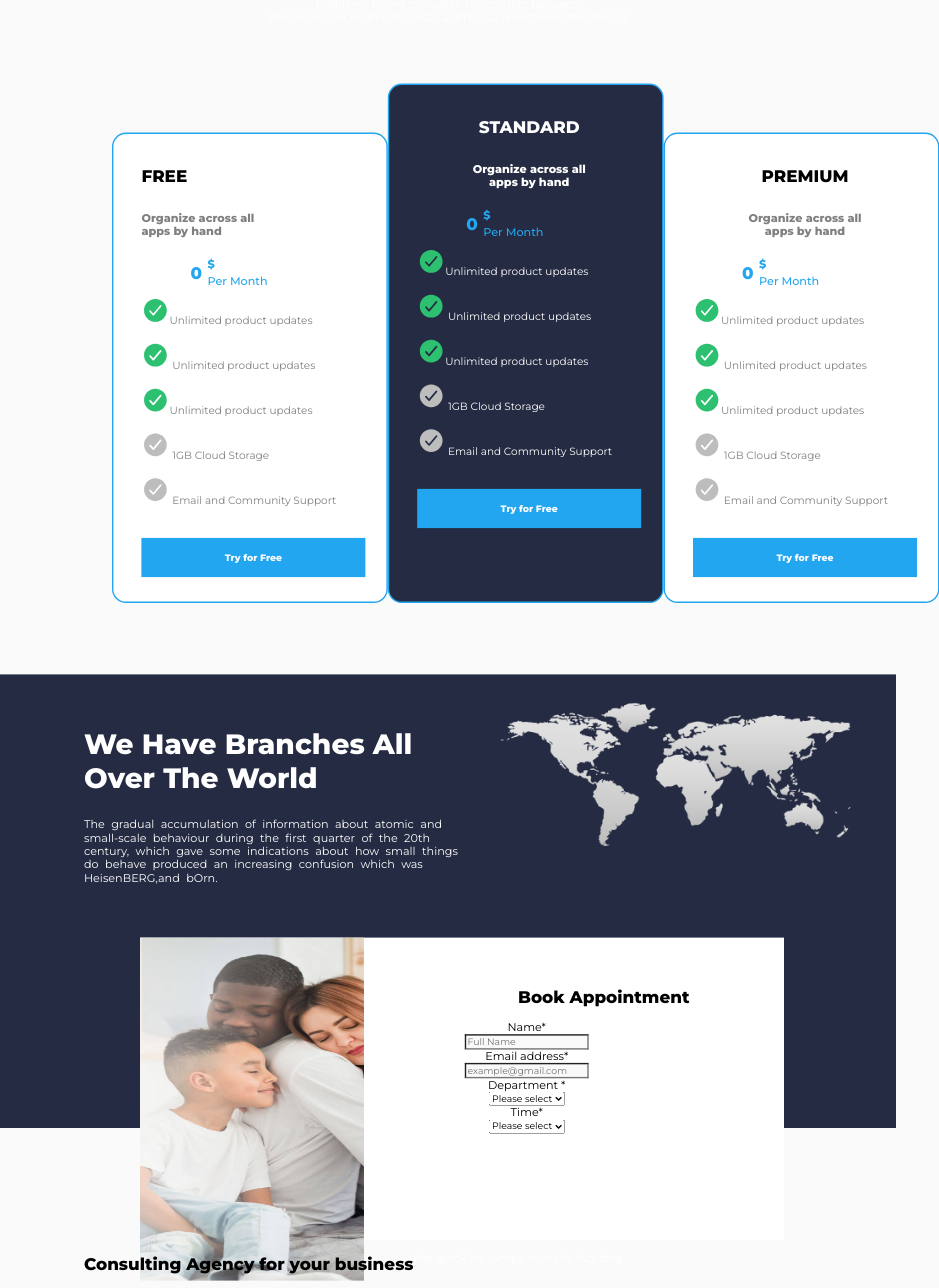
Repository: NANCY-HUB329/week-challenge
Page: index.html
The author's editor kept a copy of each file at every save. The page is drawn from the files as they stood at one save, then again after the next save.
The browser window is 1280 px wide. The page is 1342 px wide, so the pictures cover 1342 px, including what lies to the right of the window. The pictures show the part of the page from y = 2279 to 4119 px (the page is 4119 px tall), at 70% of full size.

Above is the page before, as saved 2023-11-24 08:18:48.

After the next save:
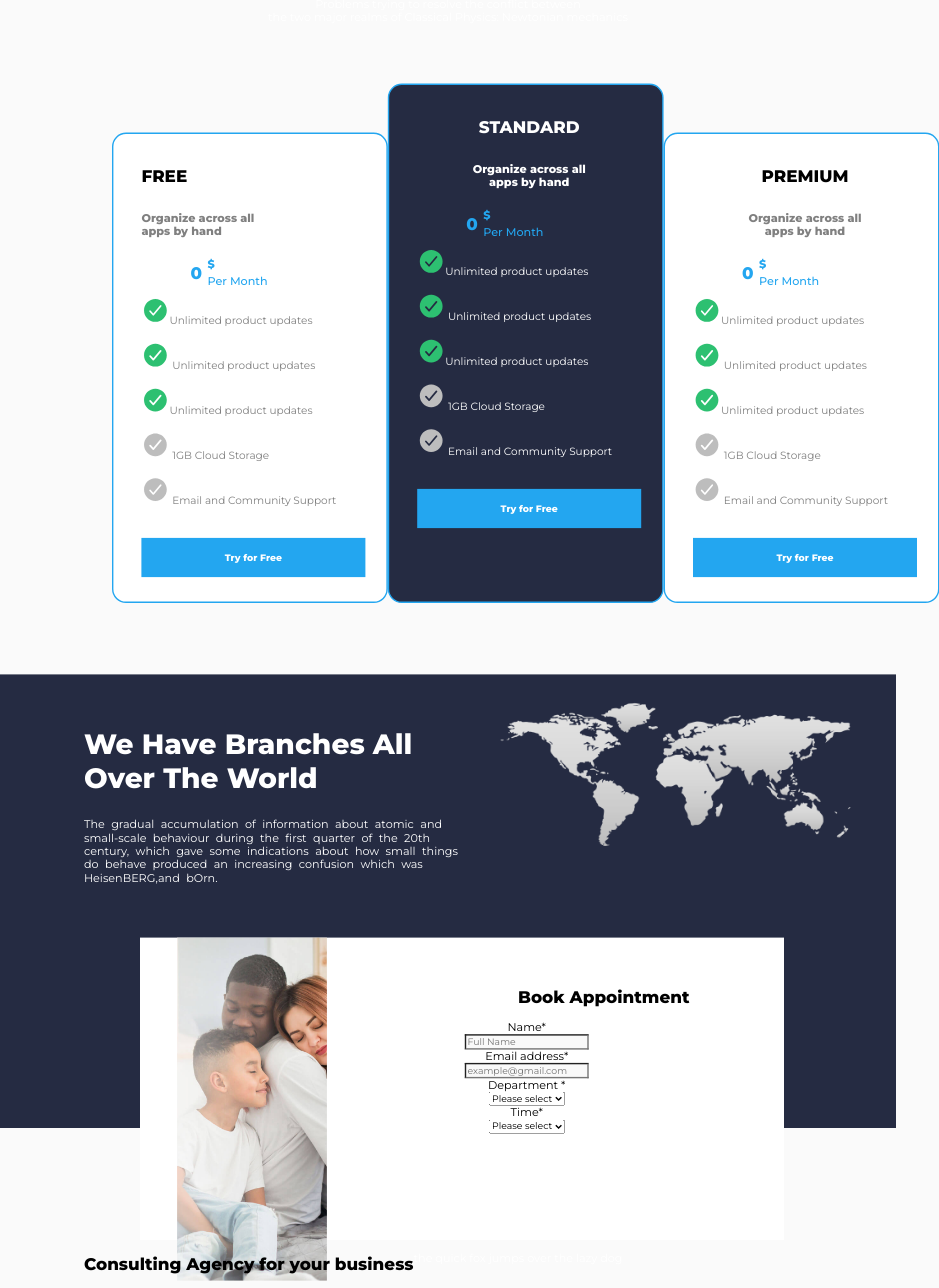
Saved 5 s later.
--- a/styles.css
+++ b/styles.css
@@ -475,7 +475,7 @@
 .contact-form img {
   width: 320px;
   height: 490px;
-  object-fit: ;
+  object-fit: contain;
 }
 .contact-form h2 {
   padding-left: 220px;
